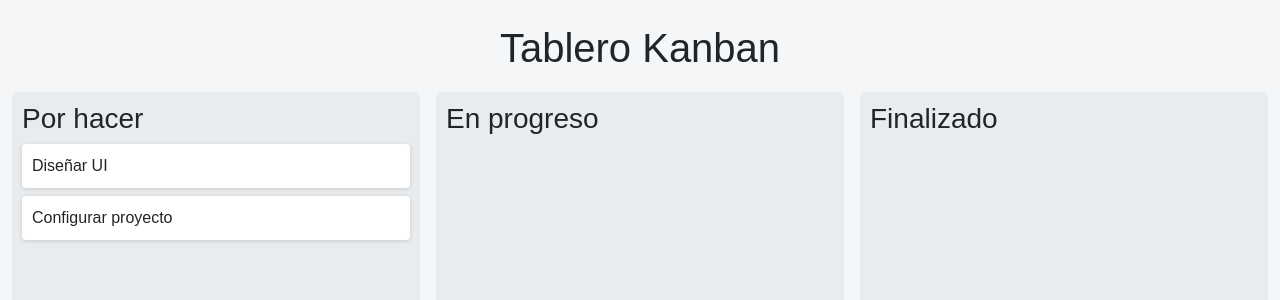
Repository: osoriomrs/DWEC
Page: EJER_15/Ejercicio2/index.html
These files come from the project's save history. The page is drawn as it stood at one moment and after the next save; the edit follows.
The browser window is 1280 px wide. The pictures show the whole page.
The page's requests for data from a server got no answer.

Above is the page before, as saved 2026-01-13 10:52:51.

### EJER_15/Ejercicio2/index.html
<!DOCTYPE html>
<html lang="es">
<head>
  <meta charset="UTF-8">
  <title>Kanban</title>
  <link href="https://cdn.jsdelivr.net/npm/bootstrap@5.3.2/dist/css/bootstrap.min.css" rel="stylesheet">
  <link rel="stylesheet" href="styles/style.css">

</head>
<body class="p-4">

  <h1>Tablero Kanban</h1>

  <div class="row gap-3">
    <div class="col columna" data-status="todo">
      <h3>Por hacer</h3>
      <div class="tarjeta" draggable="true" id="t1">Diseñar UI</div>
      <div class="tarjeta" draggable="true" id="t2">Configurar proyecto</div>
    </div>

    <div class="col columna" data-status="doing">
      <h3>En progreso</h3>
    </div>

    <div class="col columna" data-status="done">
      <h3>Finalizado</h3>
    </div>
  </div>

  <script src="scripts/app.js"></script>
</body>
</html>

### EJER_15/Ejercicio2/styles/style.css
body {
  font-family: Arial, sans-serif;
  background: #f4f6f8;
  margin: 0;
  padding: 20px;
}

h1 {
  text-align: center;
  margin-bottom: 20px;
}

.tablero {
  display: flex;
  gap: 20px;
}

.columna {
  background: #e9ecef;
  border-radius: 6px;
  padding: 10px;
  flex: 1;
  min-height: 400px;
  transition: background 0.2s ease;
}

.columna h2 {
  text-align: center;
  margin-bottom: 10px;
}

.columna.drag-over {
  background: #cfe2ff;
}

.lista {
  min-height: 300px;
}

.tarjeta {
  background: white;
  border-radius: 4px;
  padding: 10px;
  margin-bottom: 8px;
  cursor: grab;
  box-shadow: 0 1px 4px rgba(0,0,0,0.15);
}

.tarjeta.dragging {
  opacity: 0.5;
}

.adjunto {
  font-size: 0.85em;
  margin-top: 6px;
  color: #555;
}

### EJER_15/Ejercicio2/scripts/app.js
const columnas = document.querySelectorAll(".columna")
let tareas = []
let tareaArrastrada = null

fetch("https://jsonplaceholder.typicode.com/todos?_limit=12")
  .then(res => res.json())
  .then(data => {
    tareas = data.map(t => ({
      id: "task-" + t.id,
      texto: t.title,
      estado: t.completed ? "finalizado" : "todo",
      adjuntos: []
    }))
    renderizar()
  })

function renderizar() {
  columnas.forEach(c => c.innerHTML = `<h2>${c.dataset.titulo}</h2>`)
  tareas.forEach(t => {
    const tarjeta = document.createElement("div")
    tarjeta.className = "tarjeta"
    tarjeta.draggable = true
    tarjeta.id = t.id

    tarjeta.innerHTML = `
      <div>${t.texto}</div>
      ${t.adjuntos.map(a => `<div class="adjunto">📎 ${a}</div>`).join("")}
    `

    tarjeta.addEventListener("dragstart", e => {
      tareaArrastrada = tarjeta
      e.dataTransfer.setData("text/plain", JSON.stringify({ id: t.id }))
      setTimeout(() => tarjeta.classList.add("dragging"), 0)
    })

    tarjeta.addEventListener("dragend", () => {
      tarjeta.classList.remove("dragging")
      tareaArrastrada = null
    })

    tarjeta.addEventListener("dragover", e => e.preventDefault())

    tarjeta.addEventListener("drop", e => {
      e.preventDefault()
      const files = [...e.dataTransfer.files]
      if (files.length) {
        tareas = tareas.map(task =>
          task.id === t.id
            ? { ...task, adjuntos: [...task.adjuntos, ...files.map(f => f.name)] }
            : task
        )
        renderizar()
      }
    })

    document.querySelector(`.columna[data-estado="${t.estado}"]`).appendChild(tarjeta)
  })
}

columnas.forEach(col => {
  col.addEventListener("dragover", e => {
    e.preventDefault()
    col.classList.add("drag-over")
    const despues = obtenerElementoDespues(col, e.clientY)
    if (despues == null) col.appendChild(tareaArrastrada)
    else col.insertBefore(tareaArrastrada, despues)
  })

  col.addEventListener("dragleave", () => {
    col.classList.remove("drag-over")
  })

  col.addEventListener("drop", e => {
    col.classList.remove("drag-over")
    const data = JSON.parse(e.dataTransfer.getData("text/plain"))
    tareas = tareas.map(t =>
      t.id === data.id ? { ...t, estado: col.dataset.estado } : t
    )
  })
})

function obtenerElementoDespues(contenedor, y) {
  const elementos = [...contenedor.querySelectorAll(".tarjeta:not(.dragging)")]
  return elementos.reduce((masCercano, el) => {
    const box = el.getBoundingClientRect()
    const offset = y - box.top - box.height / 2
    if (offset < 0 && offset > masCercano.offset) {
      return { offset, element: el }
    } else {
      return masCercano
    }
  }, { offset: Number.NEGATIVE_INFINITY }).element
}

After the next save:
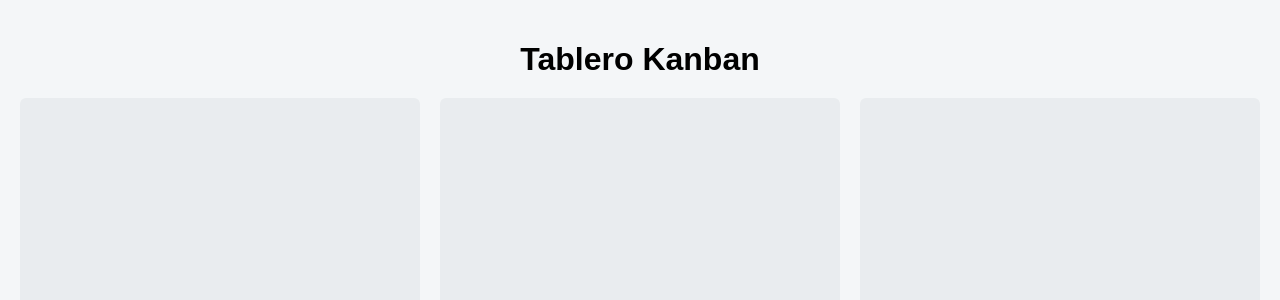
Saved 60 s later.
--- a/EJER_15/Ejercicio2/index.html
+++ b/EJER_15/Ejercicio2/index.html
@@ -2,29 +2,16 @@
 <html lang="es">
 <head>
   <meta charset="UTF-8">
-  <title>Kanban</title>
-  <link href="https://cdn.jsdelivr.net/npm/bootstrap@5.3.2/dist/css/bootstrap.min.css" rel="stylesheet">
+  <meta name="viewport" content="width=device-width, initial-scale=1.0">
+  <title>Tablero Kanban Interactivo</title>
   <link rel="stylesheet" href="styles/style.css">
-
 </head>
-<body class="p-4">
-
+<body>
   <h1>Tablero Kanban</h1>
-
-  <div class="row gap-3">
-    <div class="col columna" data-status="todo">
-      <h3>Por hacer</h3>
-      <div class="tarjeta" draggable="true" id="t1">Diseñar UI</div>
-      <div class="tarjeta" draggable="true" id="t2">Configurar proyecto</div>
-    </div>
-
-    <div class="col columna" data-status="doing">
-      <h3>En progreso</h3>
-    </div>
-
-    <div class="col columna" data-status="done">
-      <h3>Finalizado</h3>
-    </div>
+  <div class="tablero">
+    <div class="columna" data-estado="todo" data-titulo="Por hacer"></div>
+    <div class="columna" data-estado="progreso" data-titulo="En progreso"></div>
+    <div class="columna" data-estado="finalizado" data-titulo="Finalizado"></div>
   </div>
 
   <script src="scripts/app.js"></script>
